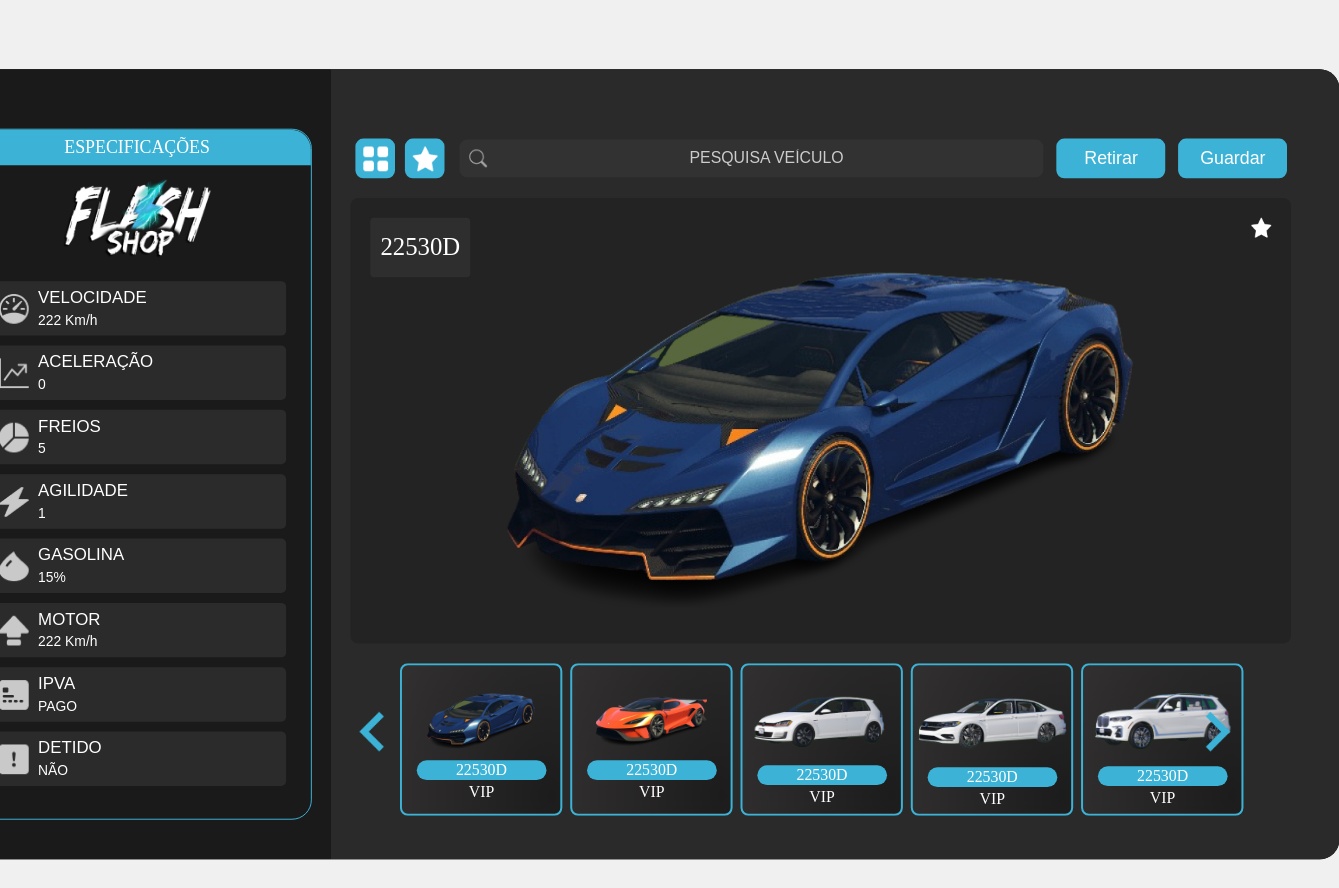
Repository: DuMCorrea/Garagem
Page: index.html
The author's editor kept a copy of each file at every save. The page is drawn from the files as they stood at one save, then again after the next save.
The browser window is 1280 px wide. The page is 1353 px wide, so the pictures cover 1353 px, including what lies to the right of the window. The pictures show the whole page, at 99% of full size.
Some web fonts or font styles are not loaded; a fallback is used.

Above is the page before, as saved 2024-08-22 20:13:00.

After the next save:
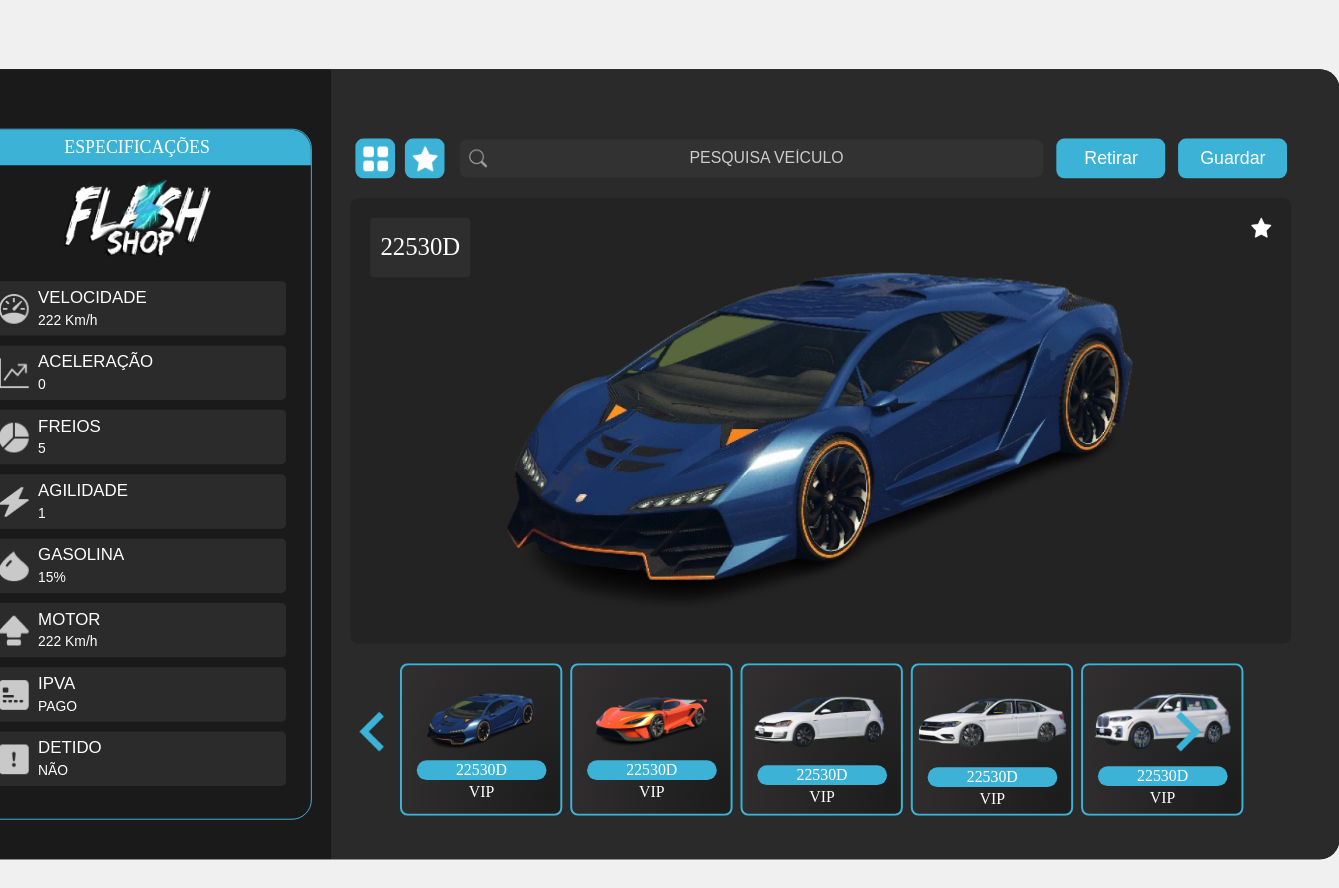
Saved 9 s later.
--- a/styles.css
+++ b/styles.css
@@ -406,6 +406,6 @@
 
 .imagem-lateral-direita {
     right: 0; /* Posiciona a imagem à direita dos cards */
-    margin-right: 110px; /* Ajusta a distância da imagem em relação ao contêiner */
+    margin-right: 140px; /* Ajusta a distância da imagem em relação ao contêiner */
     margin-top: 270px;
 }
